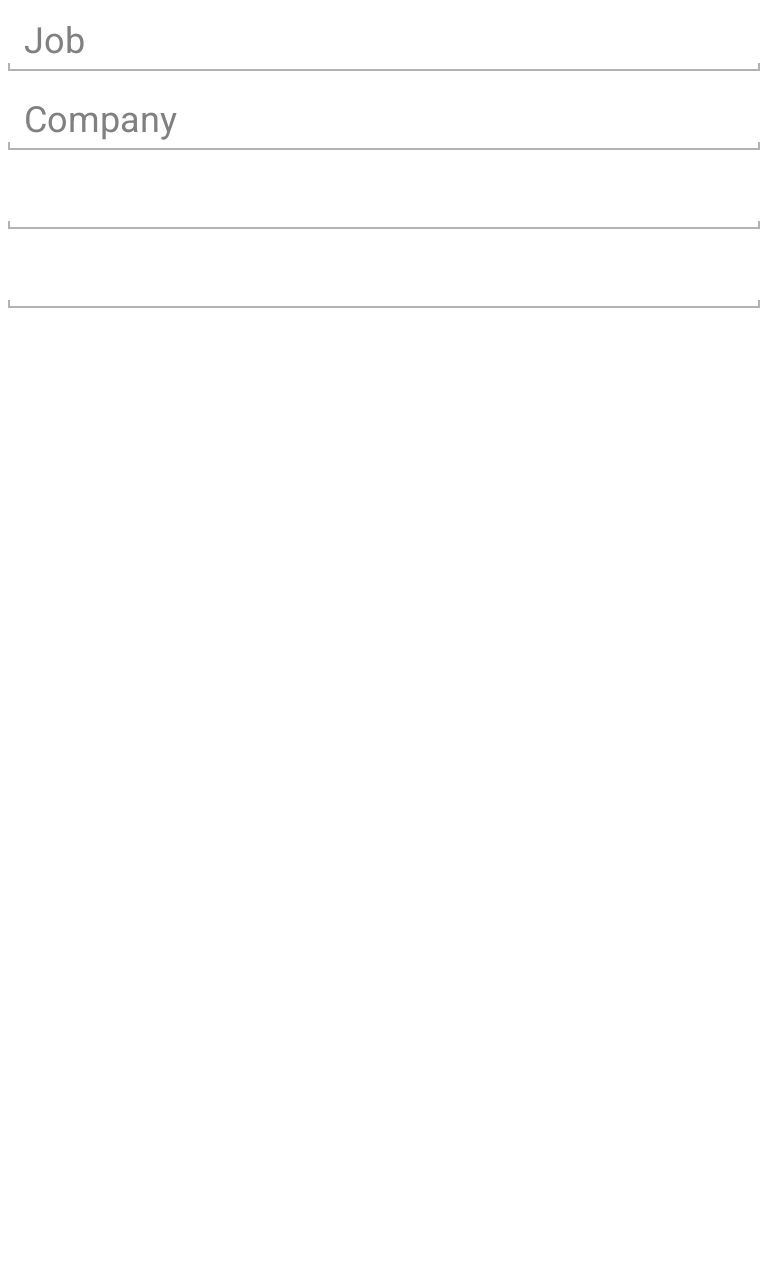
Repository: radupoenaru1992/Lab04
Layout: ContactsManager/res/layout/fragment_additional_details.xml
The author's editor kept a copy of each file at every save. The layout is drawn from the files as they stood at one save, then again after the next save.
It is drawn on a 768 x 1280 px phone screen (xhdpi) without system bars, with theme AppTheme; the app's code is not run.

Above is the layout before, as saved 2015-03-28 22:37:53.

After the next save:
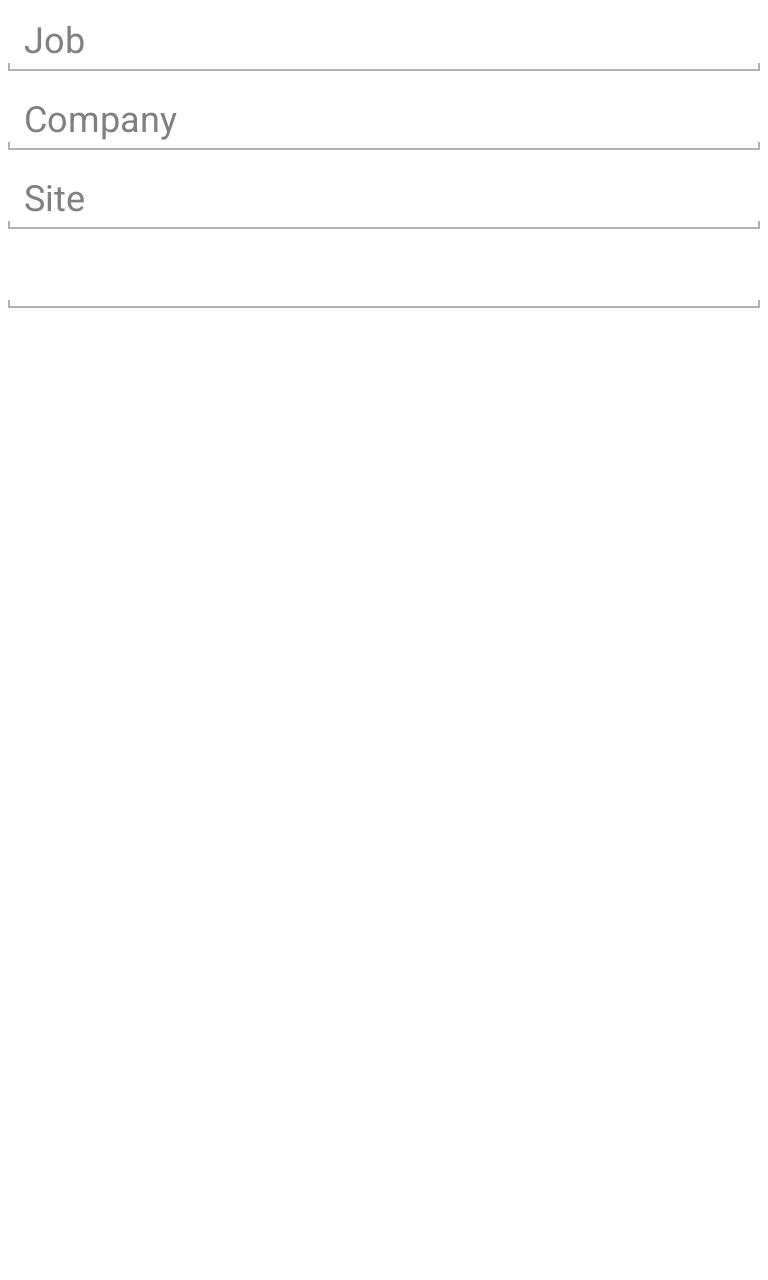
Saved 19 s later.
--- a/ContactsManager/res/layout/fragment_additional_details.xml
+++ b/ContactsManager/res/layout/fragment_additional_details.xml
@@ -19,7 +19,8 @@
     <EditText
         android:layout_width="match_parent"
         android:layout_height="wrap_content"
-        android:id=""/>
+        android:id="@+id/etSite"
+        android:hint="Site"/>
 
     <EditText
         android:layout_width="match_parent"
